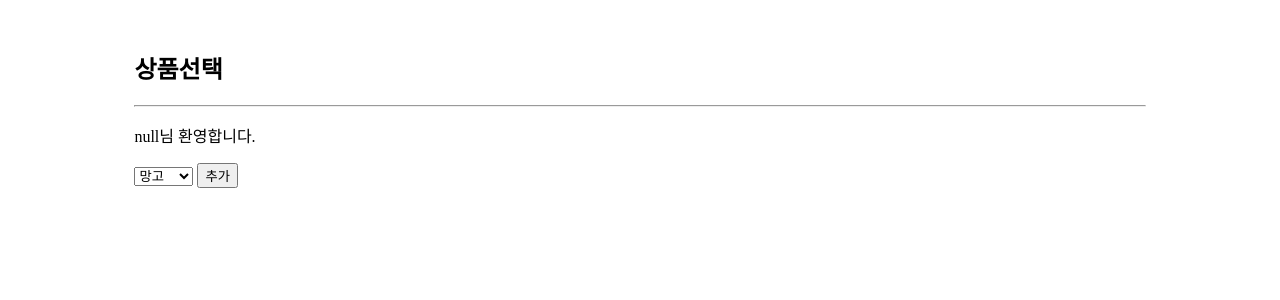
Repository: Yunkieun/jspworks
Page: http://localhost/jspwork2/cart/selProduct.jsp
The author's editor kept a copy of each file at every save. The page is drawn from the files as they stood at one save, then again after the next save.
The browser window is 1280 px wide. The pictures show the whole page.
The page is served by Tomcat 9. Nobody is signed in. The application's start-up code is not run. Other server files are loaded and not shown.

Above is the page before, as saved 2023-07-19 06:04:51.

### jspwork2/src/main/webapp/cart/selProduct.jsp
<%@ page language="java" contentType="text/html; charset=EUC-KR"
    pageEncoding="UTF-8"%>
<!DOCTYPE html>
<html>
<head>
<meta charset="UTF-8">
<title>상품 선택</title>
<link rel="stylesheet" href="../resources/css/style.css">
</head>
<%
	request.setCharacterEncoding("utf-8");

	String username = request.getParameter("username");
	session.setAttribute("userName", username);  // "userName" 이름으로 세션 발급
%>
<body>
	<div id="container">
		<h2>상품선택</h2>
		<hr>
		<p><%=session.getAttribute("userName") %>님 환영합니다.</p>
		<form action="addProduct.jsp" method="post">
			<select name="product">
				<option value="망고">망고</option>
				<option value="딸기">딸기</option>
				<option value="복숭아">복숭아</option>
				<option value="수박">수박</option>
			</select>
			<button type="submit">추가</button>
		</form>
	</div>
</body>
</html>

### jspwork2/src/main/webapp/resources/css/style.css
@charset "UTF-8";
#container{width: 80%; margin: 50px auto;}

After the next save:
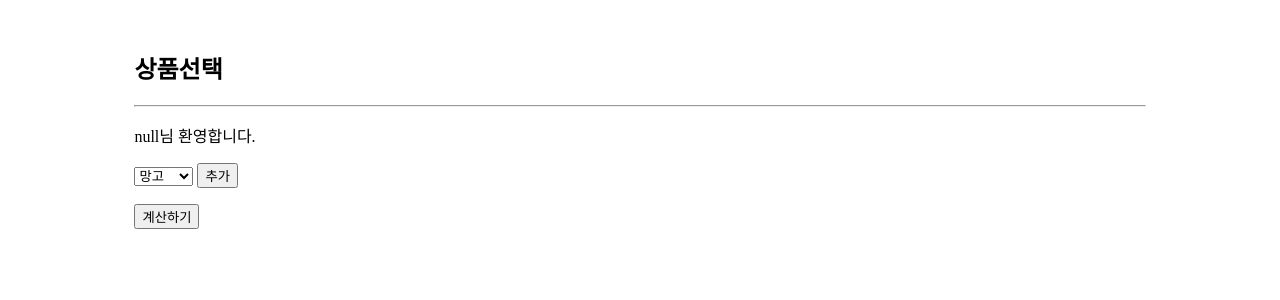
Saved 88 s later.
--- a/jspwork2/src/main/webapp/cart/selProduct.jsp
+++ b/jspwork2/src/main/webapp/cart/selProduct.jsp
@@ -27,6 +27,9 @@
 			</select>
 			<button type="submit">추가</button>
 		</form>
+		<p>
+			<button type="submit">계산하기</button>
+		</p>
 	</div>
 </body>
 </html>
